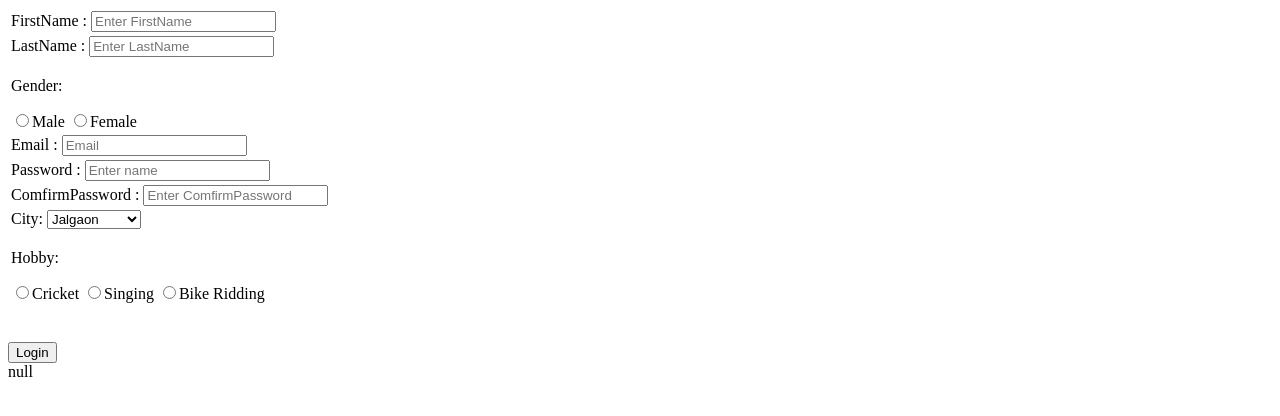
Repository: yogendra-dashore/java-ism
Page: http://localhost/23-ism-jee/Registration.jsp
These files come from the project's save history. The page is drawn as it stood at one moment and after the next save; the edit follows.
The browser window is 1280 px wide. The pictures show the whole page.
The page is served by Tomcat 9. Other server files are loaded and not shown.

Above is the page before, as saved 2023-04-03 04:26:32.

### 23-ism-jee/src/main/webapp/Registration.jsp
<%@ page language="java" contentType="text/html; charset=UTF-8"
    pageEncoding="UTF-8"%>
<!DOCTYPE html>
<html>
<head>
<meta charset="UTF-8">
<title>Insert title here</title>
</head>
<body>

	<%
		String error = (String)request.getAttribute("error");
	%>

<form action="Registration" method="post">
<table>
<tr><td>FirstName : <input type="text" name="FirstName" placeholder="Enter FirstName"></td></tr>
<tr><td>LastName : <input type="text" name="LastName" placeholder="Enter LastName"></td></tr>
 <tr><td> <p>Gender:</p>
  <input type="radio" id="gender1" name="Gender" value="Male">Male
  <input type="radio" id="gender2" name="Gender" value="Female">Female

 </tr> </td>
<tr><td>Email : <input type="text" name="Email" placeholder="Email"></td></tr>
<tr><td>Password : <input type="Password" name="Password" placeholder="Enter name"></td></tr>
<tr><td>ComfirmPassword : <input type="ComfirmPassword" name="ComfirmPassword" placeholder="Enter ComfirmPassword"></td></tr>
<tr> <td> <label for="City">City:</label>
    <select id="city" name="city">
    <option value="Jalgaon">Jalgaon</option>
    <option value="Pune">Pune</option>
    <option value="Mumbai">Mumbai</option>
    <option value="Ahmedabad">Ahmedabad</option>
  </select>
 </tr> </td>

           <tr><td> <p>Hobby:</p>
  <input type="radio" id="hobbi1" name="Hobbi" value="Cricket">Cricket

  <input type="radio" id="hobbi2" name="Hobbi" value="60">Singing

  <input type="radio" id="hobbi3" name="Hobbi" value="100">Bike Ridding

 </tr> </td>
</table>
<br><br>
<input type="submit" value="Login">


</form>
<%=error%>

</body>
</html>

After the next save:
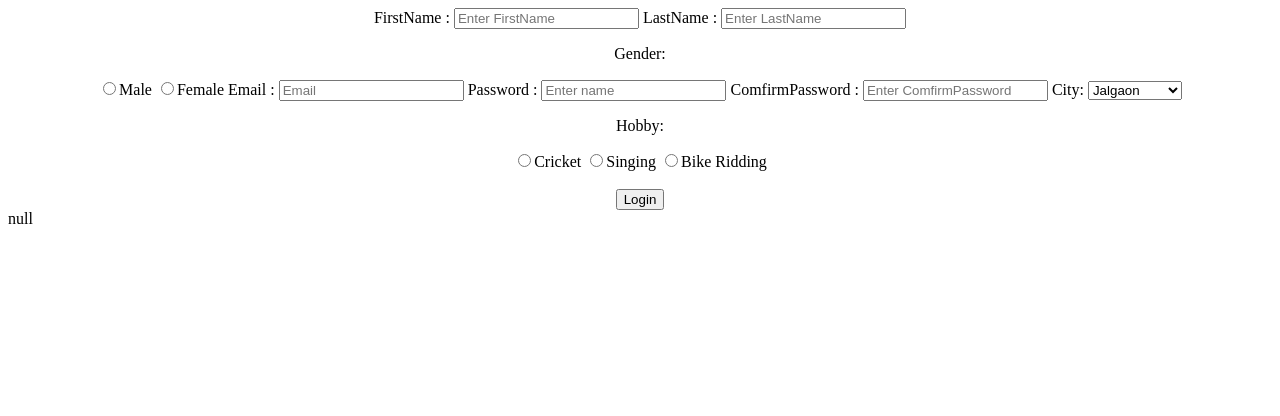
Saved 5 min 56 s later.
--- a/23-ism-jee/src/main/webapp/Registration.jsp
+++ b/23-ism-jee/src/main/webapp/Registration.jsp
@@ -12,35 +12,34 @@
 		String error = (String)request.getAttribute("error");
 	%>
 
-<form action="Registration" method="post">
-<table>
-<tr><td>FirstName : <input type="text" name="FirstName" placeholder="Enter FirstName"></td></tr>
-<tr><td>LastName : <input type="text" name="LastName" placeholder="Enter LastName"></td></tr>
- <tr><td> <p>Gender:</p>
+<form action="Registration" method="post" align="center">
+
+FirstName : <input type="text" name="FirstName" placeholder="Enter FirstName">
+LastName : <input type="text" name="LastName" placeholder="Enter LastName">
+<p>Gender:</p>
   <input type="radio" id="gender1" name="Gender" value="Male">Male
   <input type="radio" id="gender2" name="Gender" value="Female">Female
 
- </tr> </td>
-<tr><td>Email : <input type="text" name="Email" placeholder="Email"></td></tr>
-<tr><td>Password : <input type="Password" name="Password" placeholder="Enter name"></td></tr>
-<tr><td>ComfirmPassword : <input type="ComfirmPassword" name="ComfirmPassword" placeholder="Enter ComfirmPassword"></td></tr>
-<tr> <td> <label for="City">City:</label>
+Email : <input type="text" name="Email" placeholder="Email">
+Password : <input type="Password" name="Password" placeholder="Enter name">
+ComfirmPassword : <input type="ComfirmPassword" name="ComfirmPassword" placeholder="Enter ComfirmPassword">
+<label for="City">City:</label>
     <select id="city" name="city">
     <option value="Jalgaon">Jalgaon</option>
     <option value="Pune">Pune</option>
     <option value="Mumbai">Mumbai</option>
     <option value="Ahmedabad">Ahmedabad</option>
   </select>
- </tr> </td>
 
-           <tr><td> <p>Hobby:</p>
+
+  <p>Hobby:</p>
   <input type="radio" id="hobbi1" name="Hobbi" value="Cricket">Cricket
 
   <input type="radio" id="hobbi2" name="Hobbi" value="60">Singing
 
   <input type="radio" id="hobbi3" name="Hobbi" value="100">Bike Ridding
 
- </tr> </td>
+
 </table>
 <br><br>
 <input type="submit" value="Login">
